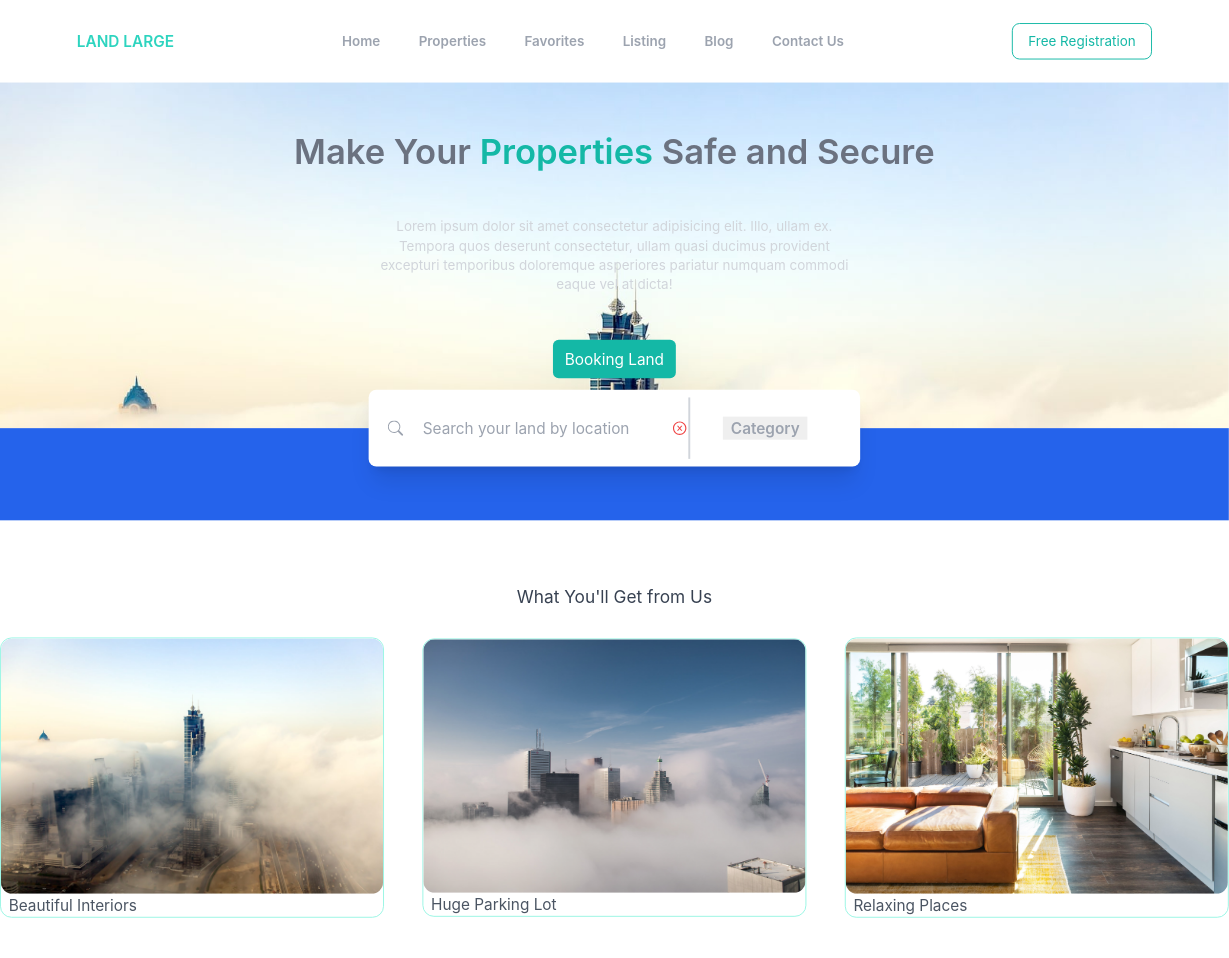
Repository: MuniruIssah/realestate
Page: /
An editor plug-in stored every save of this project. The page is shown before and after the next save, followed by the edit.
The browser window is 1280 px wide. The pictures show the whole page, at 96% of full size.
The project was rebuilt for these pictures with package versions that can differ from the ones it lists, and the page was loaded fresh each time. Also part of the build but not shown: src/App.css.

Above is the page before, as saved 2022-02-19 23:20:57.

After the next save:
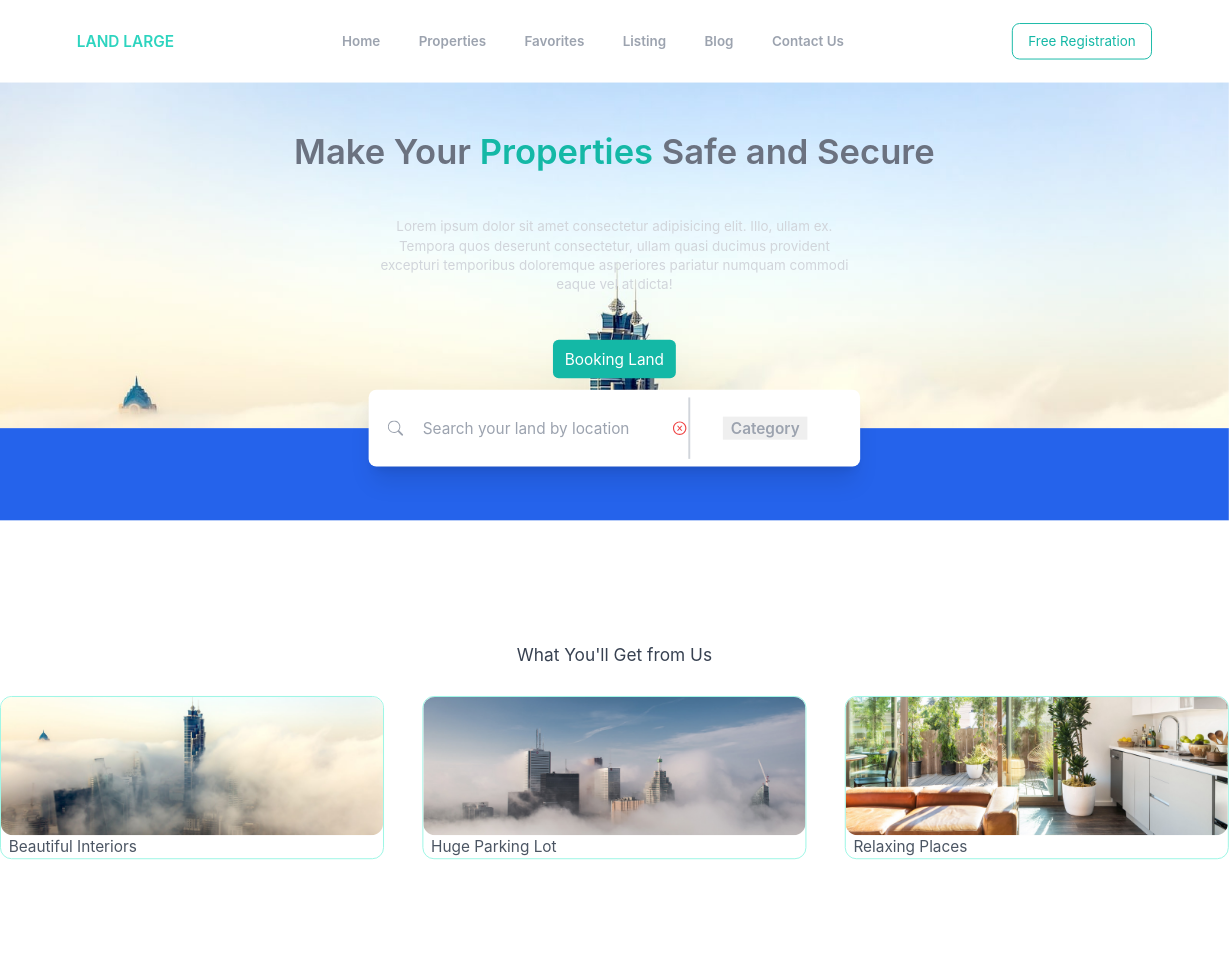
Saved 23 s later.
--- a/src/components/Services.js
+++ b/src/components/Services.js
@@ -35,7 +35,7 @@ export default Services;
 const ServicesCard = ({ image, service }) => {
   return (
     <div className="group flex-1  border border-teal-200 hover:bg-teal-500 hover:ring-teal-500 rounded rounded-xl">
-      <img src={image} alt="service" className="w-full h-42 object-cover rounded rounded-xl" />
+      <img src={image} alt="service" className="w-full h-36 object-cover rounded rounded-xl" />
       <span className="my-2 px-2 text-gray-600 group-hover:text-white">
         {service}
       </span>
